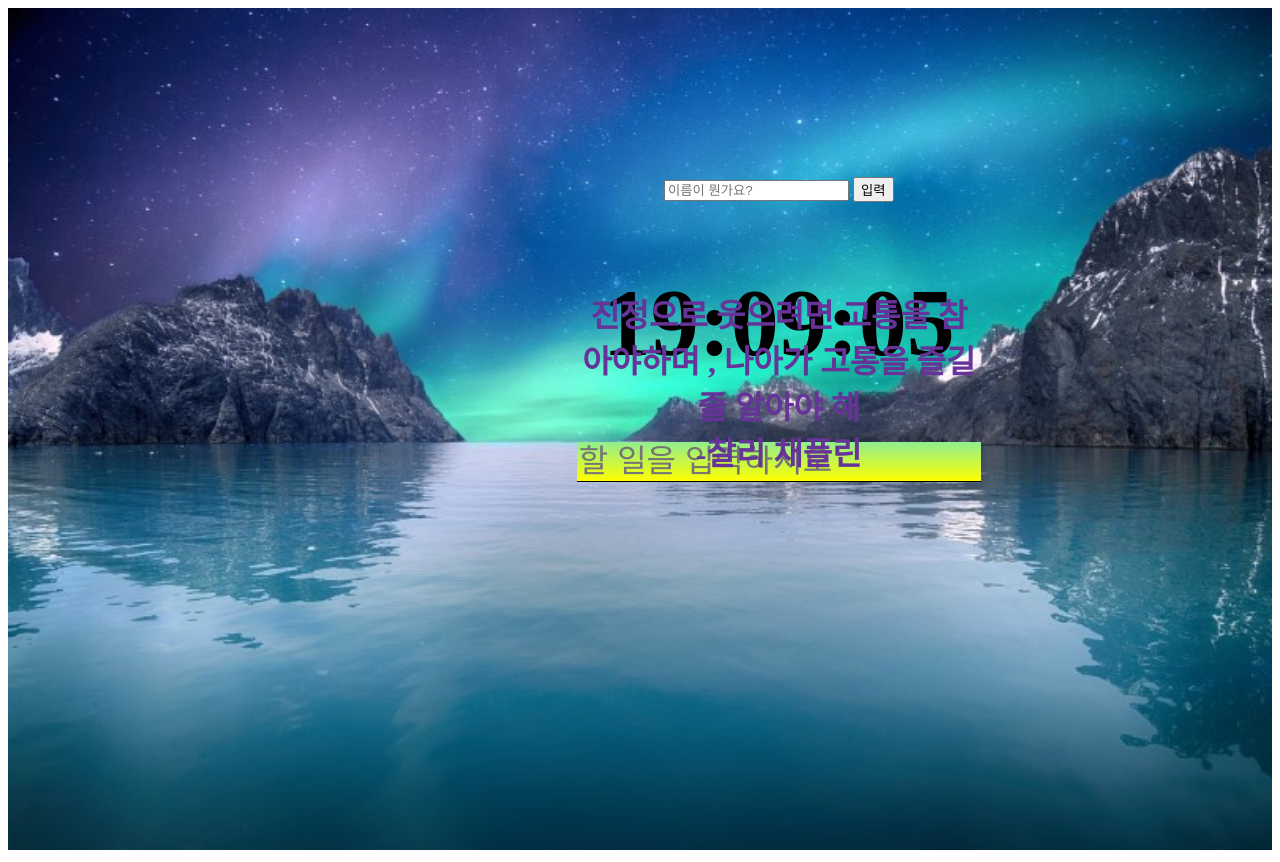
Repository: jun01270/F-E-practice
Page: index.html
The author's editor kept a copy of each file at every save. The page is drawn from the files as they stood at one save, then again after the next save.
The browser window is 1280 px wide. The pictures show the whole page.

Above is the page before, as saved 2023-01-10 19:25:43.

### index.html
<!DOCTYPE html>
<html lang="en">
  <head>
    <meta charset="UTF-8" />
    <meta http-equiv="X-UA-Compatible" content="IE=edge" />
    <meta name="viewport" content="width=device-width, initial-scale=1.0" />
    <link rel="stylesheet" href="/css/style.css" />
    <title>Document</title>
  </head>
  <body>
    <div id="all">
      <form id="userName-form" class="hidden">
        <input required type="text" placeholder="이름이 뭔가요?" />
        <input type="submit" value="입력" />
      </form>
      <h1 id="result"></h1>
      <h1 id="clock">00:00:00</h1>
      <form id="todo-form">
        <input id="input-blank" type="text" placeholder="할 일을 입력하시오" />
      </form>
      <ul id="todo-list"></ul>
      <div id="quote">
        <span></span>
        <div></div>
      </div>
    </div>
    <script src="/js/greeting.js"></script>
    <script src="/js/clock.js"></script>
    <script src="/js/quotes.js"></script>
    <script src="/js/background.js"></script>
    <script src="js/todo.js"></script>
    <script src="/js/weather.js"></script>
  </body>
</html>

### css/style.css
.hidden {
  display: none;
}

#background {
  width: 100%;
  height: 100%;
  padding: 0;
}

body {
  position: relative;
}

#all {
  position: absolute;
  top: 20%;
  left: 45%;
  text-align: center;
  height: 80%;
}

#clock {
  font-size: 600%;
}

#input-blank {
  width: 400px;
  border-top: none;
  border-left: none;
  border-right: none;
  border-bottom: 1px solid black;
}

#todo-list {
  color: yellow;
}

#quote {
  position: absolute;
  bottom: 380px;
  color: rebeccapurple;
  font-size: xx-large;
  font-weight: bold;
}

#input-blank {
  background: linear-gradient(to top, yellow, lightGreen);
  font-size: xx-large;
}

#todo-list {
  list-style: none;
}

### js/greeting.js
const userNameBtn = document.querySelector("#userName-form submit");
const userName = document.querySelector("#userName-form input");
const loginForm = document.querySelector("#userName-form");
const firstH1 = document.getElementById("result");
const SavedUserName = localStorage.getItem("username");
const HIDDEN_CLASSNAME = "hidden";

function loginResult(e) {
  e.preventDefault();
  loginForm.classList.add(HIDDEN_CLASSNAME);
  const userName1 = userName.value;
  localStorage.setItem("username", userName1);
  paintUserName();
}

function paintUserName() {
  const userName1 = localStorage.getItem("username");
  firstH1.innerText = `Hello ${userName1}`;
  firstH1.classList.remove(HIDDEN_CLASSNAME);
}

if (SavedUserName === null) {
  loginForm.classList.remove(HIDDEN_CLASSNAME);
  loginForm.addEventListener("submit", loginResult);
} else {
  paintUserName();
}

function deleteUserName() {
  localStorage.removeItem("username");
  location.reload();
}

### js/clock.js
const all = document.querySelector("div#all");
const clock = all.querySelector("h1#clock");

function getClock() {
  const date = new Date();
  let Hours = String(date.getHours()).padStart(2, "0");
  let Minutes = String(date.getMinutes()).padStart(2, "0");
  let Seconds = String(date.getSeconds()).padStart(2, "0");
  // console.log(`${date.getHours()}:${date.getMinutes()}:${date.getSeconds()}`);
  clock.innerText = `${Hours}:${Minutes}:${Seconds}`;
}

getClock();
setInterval(getClock, 1000);

### js/quotes.js
const quotes = [
  {
    quote: "삶이 있는 한 희망은 있다",
    author: "-키케로",
  },
  {
    quote: "산다는것 그것은 치열한 전투이다.",
    author: "-로망로랑",
  },
  {
    quote: "하루에 3시간을 걸으면 7년 후에 지구를 한바퀴 돌 수 있다. ",
    author: "-사무엘존슨",
  },
  {
    quote: "언제나 현재에 집중할수 있다면 행복할것이다. ",
    author: "-파울로 코엘료",
  },
  {
    quote:
      "진정으로 웃으려면 고통을 참아야하며 , 나아가 고통을 즐길 줄 알아야 해 ",
    author: "-찰리 채플린",
  },
  {
    quote: "직업에서 행복을 찾아라. 아니면 행복이 무엇인지 절대 모를 것이다 ",
    author: "-엘버트 허버드",
  },
  {
    quote: "신은 용기있는자를 결코 버리지 않는다 ",
    author: "-켄러",
  },
  {
    quote: "피할수 없으면 즐겨라 ",
    author: "–로버트 엘리엇",
  },
];
const quoteCount = quotes.length;
const quote = document.querySelector("#quote span");
const author = document.querySelector("#quote div");

function showQuote() {
  const todaysQuote = quotes[Math.floor(Math.random() * quoteCount)];
  quote.innerText = todaysQuote.quote;
  author.innerText = todaysQuote.author;
}

showQuote();
setInterval(showQuote, 5000);

### js/background.js
const images = ["moon.jpg", "river.jpg", "orora.jpg"];
const chosenImage = images[Math.floor(Math.random() * images.length)];
const bgImage = document.createElement("img");
const content = document.getElementById("wrapper");
bgImage.id = "background";

bgImage.src = `img/${chosenImage}`;

document.body.appendChild(bgImage);
// bgImage.appendChild(content);

console.log(content);

### js/todo.js
const toDoForm = document.getElementById("todo-form");
const toDoInput = document.querySelector("#todo-form input");
const toDoLists = document.getElementById("todo-list");
const toDoId = document.querySelector("ul#todo-list li");
const TODOS_KEY = "todos";
let toDos = [];

function saveToDoLists() {
  localStorage.setItem(TODOS_KEY, JSON.stringify(toDos));
}

function deleteToDo(e) {
  const toDoList = e.target.parentNode;
  toDoList.remove();
  toDos = toDos.filter((toDo) => toDo.id !== parseInt(toDoList.id));
  saveToDoLists();
}

function paintToDo(newToDoObj) {
  const listOfToDo = document.createElement("li");
  listOfToDo.id = newToDoObj.id;
  const span = document.createElement("span");
  span.innerText = newToDoObj.text;
  const deleteButton = document.createElement("button");
  deleteButton.innerText = "❌";
  deleteButton.addEventListener("click", deleteToDo);
  listOfToDo.appendChild(span);
  listOfToDo.appendChild(deleteButton);
  toDoLists.appendChild(listOfToDo);
}

function handleToDoSubmit(e) {
  e.preventDefault();
  const newToDo = toDoInput.value;
  toDoInput.value = "";
  const newToDoObj = {
    text: newToDo,
    id: toDos.length + 1,
  };
  toDos.push(newToDoObj);
  paintToDo(newToDoObj);
  saveToDoLists();
}

toDoForm.addEventListener("submit", handleToDoSubmit);

const getToDo = localStorage.getItem(TODOS_KEY);
if (getToDo !== null) {
  const parseToDo = JSON.parse(getToDo);
  toDos = parseToDo;
  parseToDo.forEach(paintToDo);
}

### js/weather.js
const API_KEY = "fbf7375beaa21a73574692bdaef4a2e7";

function onGeoSuc(position) {
  const lat = position.coords.latitude;
  const lon = position.coords.longitude;
  console.log("Your position is", lat, lon);
  const url = `https://api.openweathermap.org/geo/1.0/reverse?lat=${lat}&lon=${lon}&limit={limit}&appid=${API_KEY}`;
  console.log(url);
}

function onGeoErr() {
  alert("위치를 찾을 수 없습니다.");
}
navigator.geolocation.getCurrentPosition(onGeoSuc, onGeoErr);

After the next save:
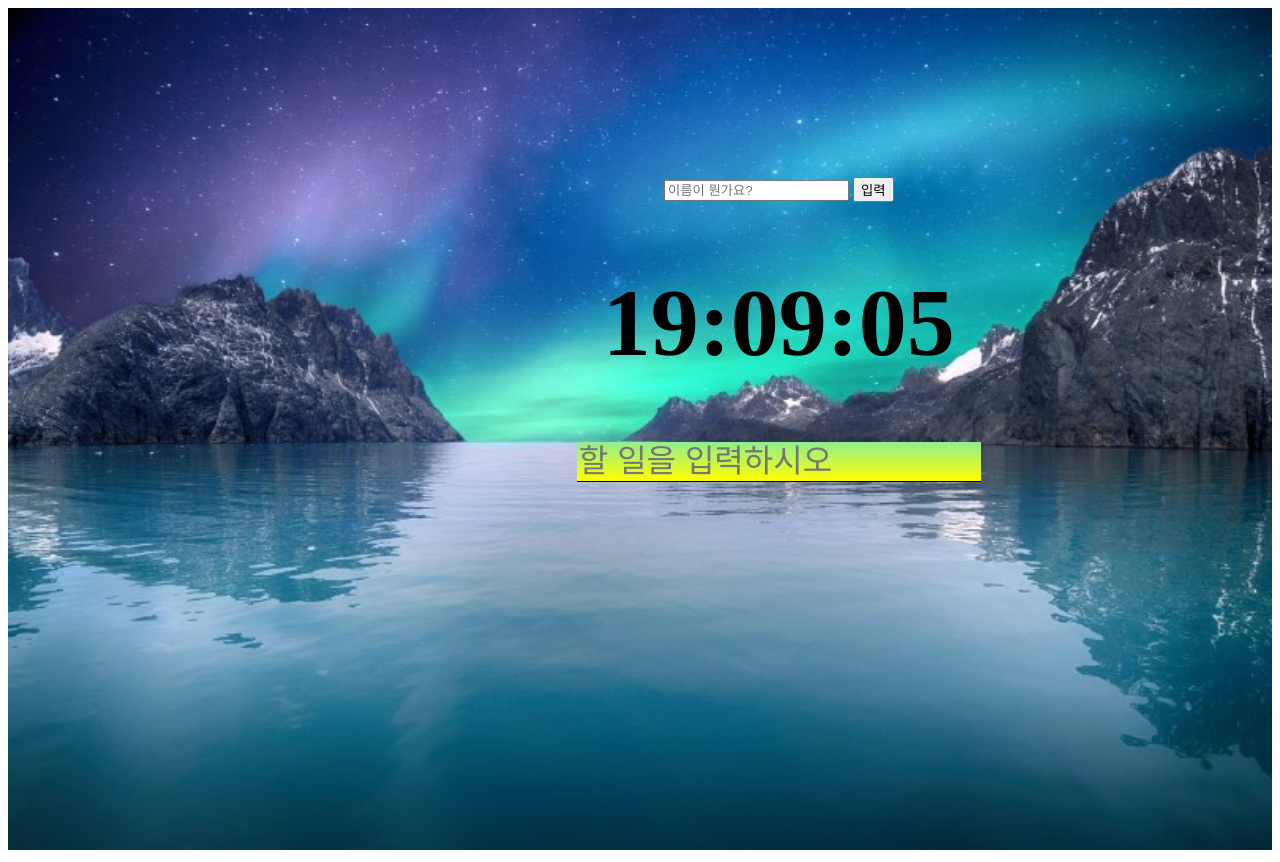
Saved 16 s later.
--- a/css/style.css
+++ b/css/style.css
@@ -38,7 +38,7 @@ body {
 
 #quote {
   position: absolute;
-  bottom: 380px;
+  bottom: 880px;
   color: rebeccapurple;
   font-size: xx-large;
   font-weight: bold;
